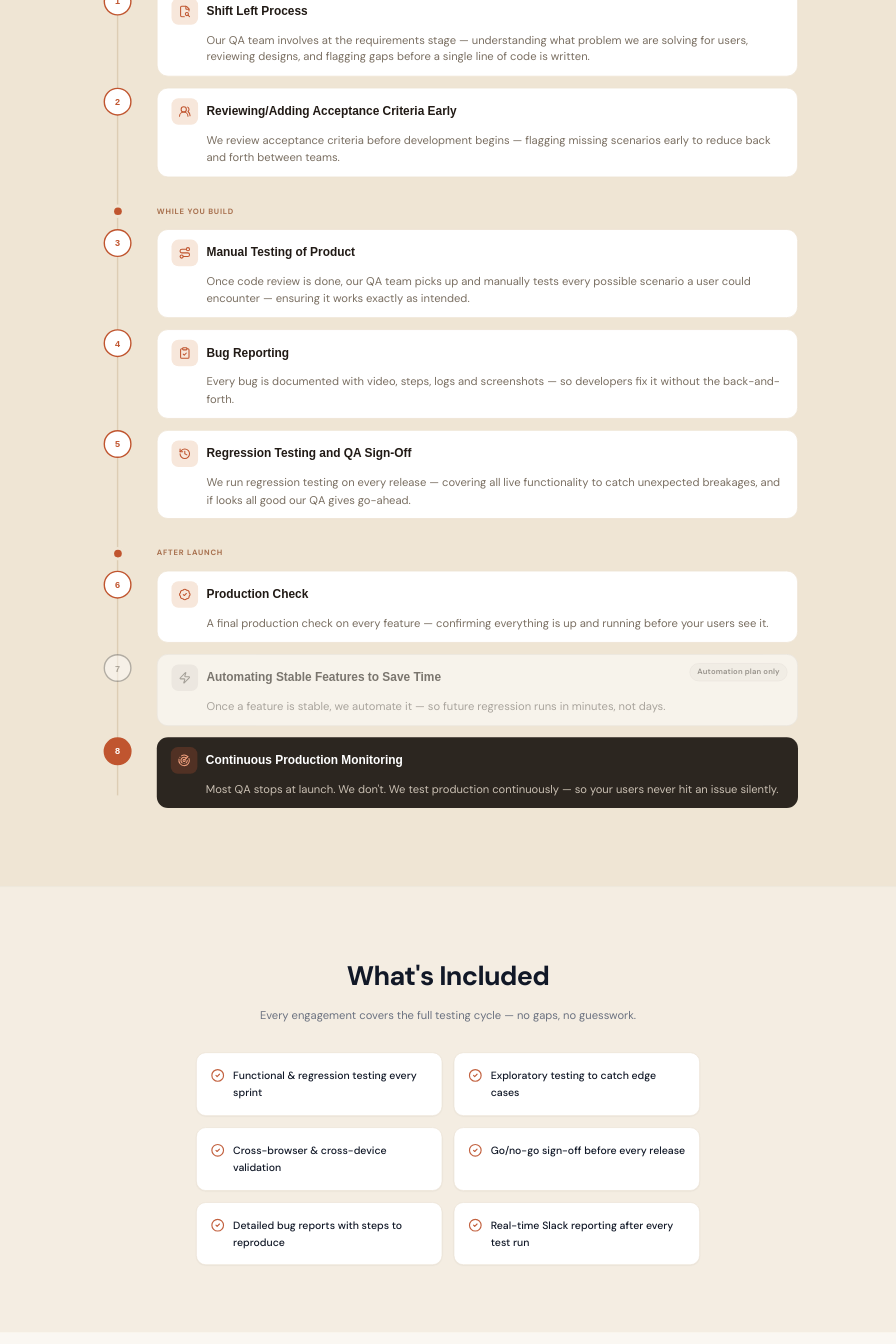
Repository: Monika281992/GoLiveQA
Page: /manual-testing
These files come from the project's save history. The page is drawn as it stood at one moment and after the next save; the edit follows.
The browser window is 1280 px wide. The pictures show the part of the page from y = 435 to 2355 px (the page is 2805 px tall), at 70% of full size.
The project was rebuilt for these pictures with package versions that can differ from the ones it lists, and the page was loaded fresh each time. The framework's server and built-in components were replaced by stand-ins that run in the browser. Also part of the build but not shown: next.config.mjs.

Above is the page before, as saved 2026-06-27 22:04:50.

After the next save:
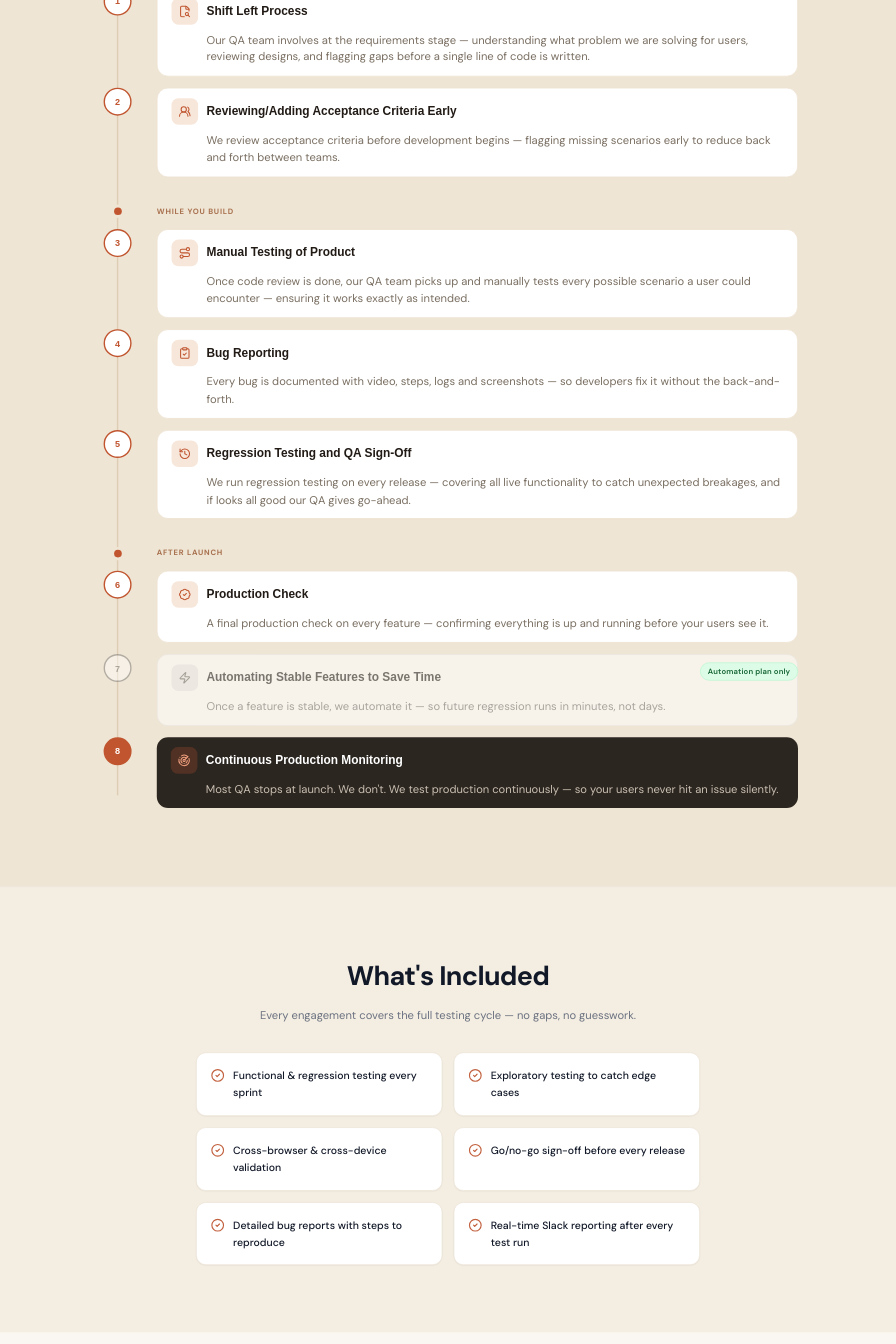
Saved 33 s later.
--- a/components/ProblemsWeSolve.jsx
+++ b/components/ProblemsWeSolve.jsx
@@ -184,6 +184,25 @@ export function ProblemsWeSolve() {
                 return (
                   <div key={item.n}
                     style={{ display: "flex", gap: 28, alignItems: "flex-start", marginBottom: 16, position: "relative" }}>
+                    {isDisabled && (
+                      <span style={{
+                        position: "absolute",
+                        top: 12,
+                        right: 0,
+                        fontSize: 11,
+                        fontWeight: 600,
+                        color: "#166534",
+                        background: "#dcfce7",
+                        border: "1px solid #bbf7d0",
+                        borderRadius: 999,
+                        padding: "3px 10px",
+                        letterSpacing: "0.02em",
+                        whiteSpace: "nowrap",
+                        zIndex: 2,
+                      }}>
+                        Automation plan only
+                      </span>
+                    )}
 
                     {/* Numbered node */}
                     <div style={{ width: 56, flexShrink: 0, display: "flex", justifyContent: "center", position: "relative", zIndex: 1, opacity: isDisabled ? 0.45 : 1, filter: isDisabled ? "grayscale(1)" : "none" }}>
@@ -218,24 +237,6 @@ export function ProblemsWeSolve() {
                       opacity: isDisabled ? 0.55 : 1,
                       filter: isDisabled ? "grayscale(1)" : "none",
                     }}>
-                      {isDisabled && (
-                        <span style={{
-                          position: "absolute",
-                          top: 12,
-                          right: 14,
-                          fontSize: 11,
-                          fontWeight: 600,
-                          color: "#166534",
-                          background: "#dcfce7",
-                          border: "1px solid #bbf7d0",
-                          borderRadius: 999,
-                          padding: "3px 10px",
-                          letterSpacing: "0.02em",
-                          whiteSpace: "nowrap",
-                        }}>
-                          Automation plan only
-                        </span>
-                      )}
                       {/* Icon + title */}
                       <div style={{ display: "flex", alignItems: "center", gap: 12 }}>
                         <div style={{
